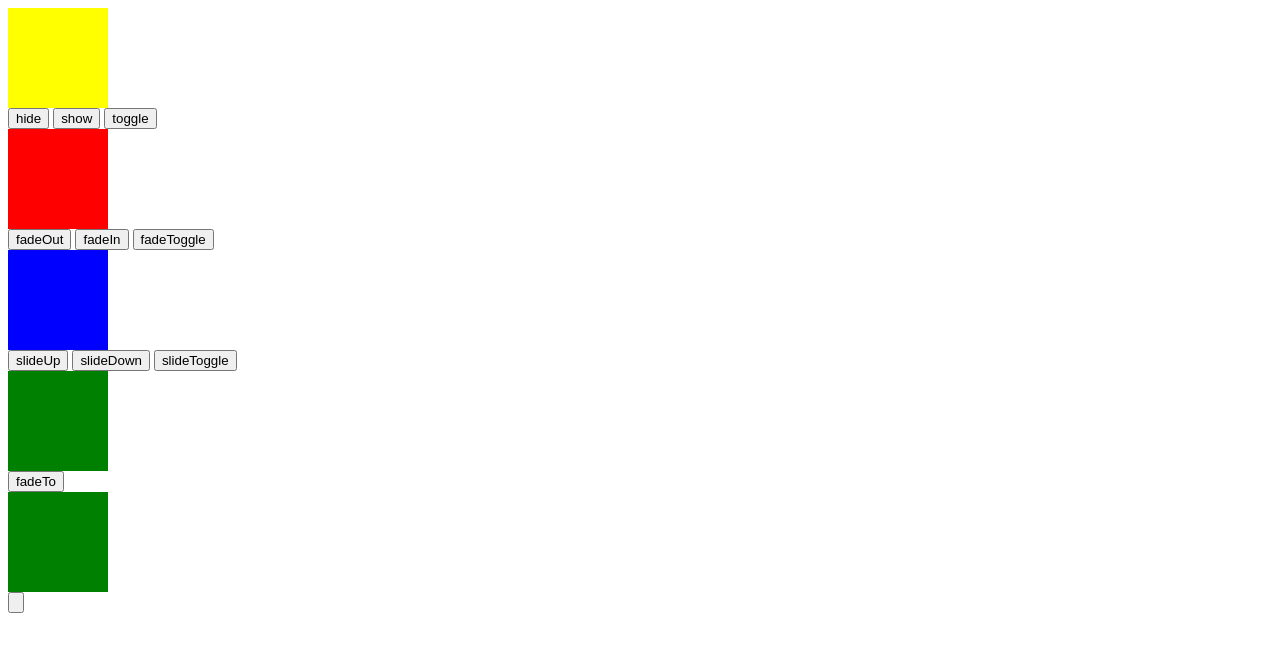
Repository: mjh1583/Hustar03_eGov
Page: http://localhost/JavaScript/js011.jsp
An editor plug-in stored every save of this project. The page is shown before and after the next save, followed by the edit.
The browser window is 1280 px wide. The pictures show the whole page.
The page is served by Tomcat 9.

Above is the page before, as saved 2021-05-07 01:30:59.

After the next save:
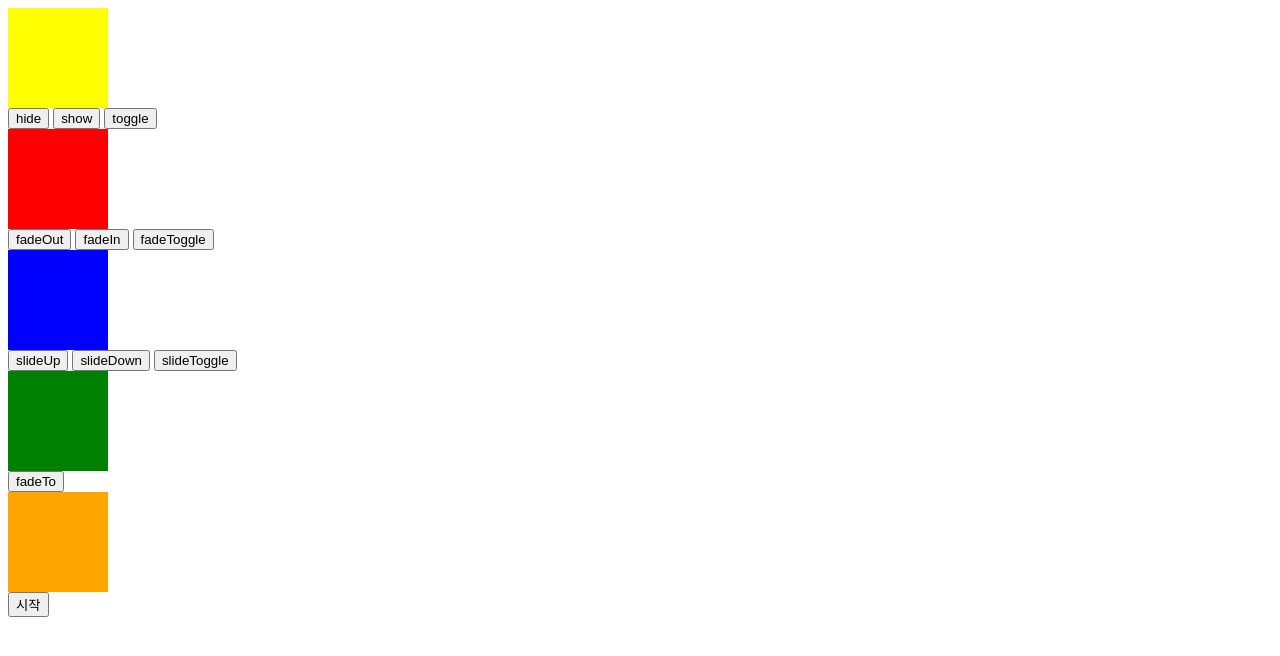
Saved 11 s later.
--- a/workspace/JavaScript/src/main/webapp/js011.jsp
+++ b/workspace/JavaScript/src/main/webapp/js011.jsp
@@ -34,8 +34,8 @@
 	</div>
 
 	<div>
-		<div id="div5" style="width: 100px; height: 100px; background-color: green;"></div>
-		<input type="button" id="btn5_1" value=""/>
+		<div id="div5" style="width: 100px; height: 100px; background-color: orange;"></div>
+		<input type="button" id="btn5_1" value="시작"/>
 	</div>
 
 
